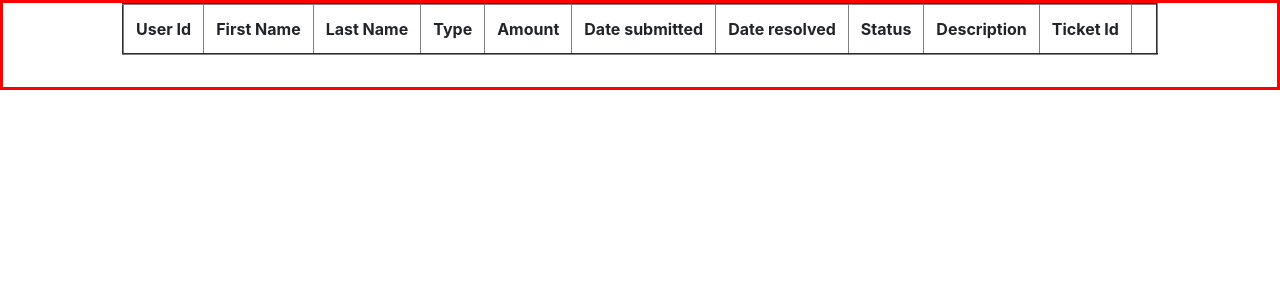
Repository: 2001usfpega/ZhenJ-code
Page: Project1/Showmethemoney/src/main/webapp/resources/html/ticket_decide.html
These files come from the project's save history. The page is drawn as it stood at one moment and after the next save; the edit follows.
The browser window is 1280 px wide. The pictures show the whole page.

Above is the page before, as saved 2020-02-10 03:20:38.

### Project1/Showmethemoney/src/main/webapp/resources/html/ticket_decide.html
<!DOCTYPE html>
<html>
<head>
<meta charset="ISO-8859-1">
<title>Ticket Decision</title>
<link rel="stylesheet"
	href="https://stackpath.bootstrapcdn.com/bootstrap/4.3.1/css/bootstrap.min.css"
	integrity="sha384-ggOyR0iXCbMQv3Xipma34MD+dH/1fQ784/j6cY/iJTQUOhcWr7x9JvoRxT2MZw1T"
	crossorigin="anonymous">
<link rel=stylesheet type="text/css"
	href="/Showmethemoney/resources/css/mystyles.css">

</head>
<div class="login-container"><div class="form-group"><table border="2" class="table" id="reimbtable"><tr><th>User Id</th><th>First Name</th><th>Last Name</th><th>Type</th><th>Amount</th><th>Date submitted</th><th>Date resolved</th><th>Status</th><th>Description</th><th>Ticket Id</th>
<th></th></tr></table></div>

</div></body></html>

### Project1/Showmethemoney/src/main/webapp/resources/css/mystyles.css
.login-container {
	display: flex;
	flex-direction: column;
    align-items: center;
    border: 3px solid red;
    text-align: center;
}

form {
	border: 2px solid black;
	padding: 10px;
	margin: 10px;
}

input {
	margin: 3px;
}

After the next save:
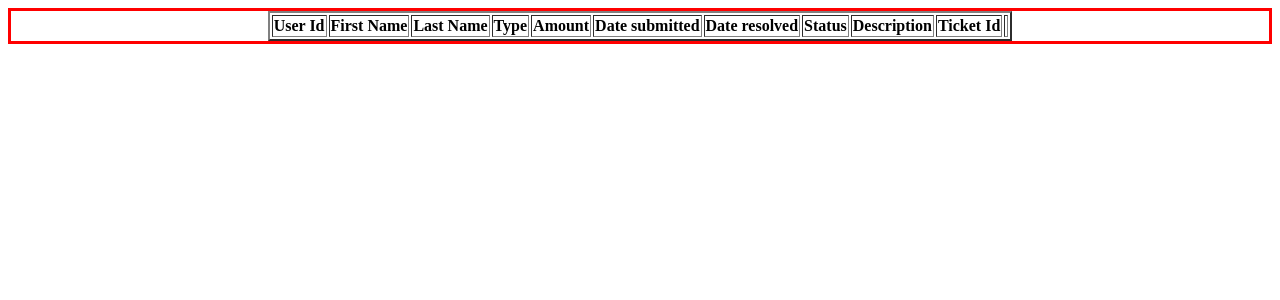
Saved 12 s later.
--- a/Project1/Showmethemoney/src/main/webapp/resources/html/ticket_decide.html
+++ b/Project1/Showmethemoney/src/main/webapp/resources/html/ticket_decide.html
@@ -1,16 +1,6 @@
-<!DOCTYPE html>
-<html>
-<head>
-<meta charset="ISO-8859-1">
+<!DOCTYPE html><html><head><meta charset="ISO-8859-1">
 <title>Ticket Decision</title>
-<link rel="stylesheet"
-	href="https://stackpath.bootstrapcdn.com/bootstrap/4.3.1/css/bootstrap.min.css"
-	integrity="sha384-ggOyR0iXCbMQv3Xipma34MD+dH/1fQ784/j6cY/iJTQUOhcWr7x9JvoRxT2MZw1T"
-	crossorigin="anonymous">
-<link rel=stylesheet type="text/css"
-	href="/Showmethemoney/resources/css/mystyles.css">
-
-</head>
+<link rel=stylesheet type="text/css" href="/Showmethemoney/resources/css/mystyles.css"></head>
 <div class="login-container"><div class="form-group"><table border="2" class="table" id="reimbtable"><tr><th>User Id</th><th>First Name</th><th>Last Name</th><th>Type</th><th>Amount</th><th>Date submitted</th><th>Date resolved</th><th>Status</th><th>Description</th><th>Ticket Id</th>
 <th></th></tr></table></div>
 
